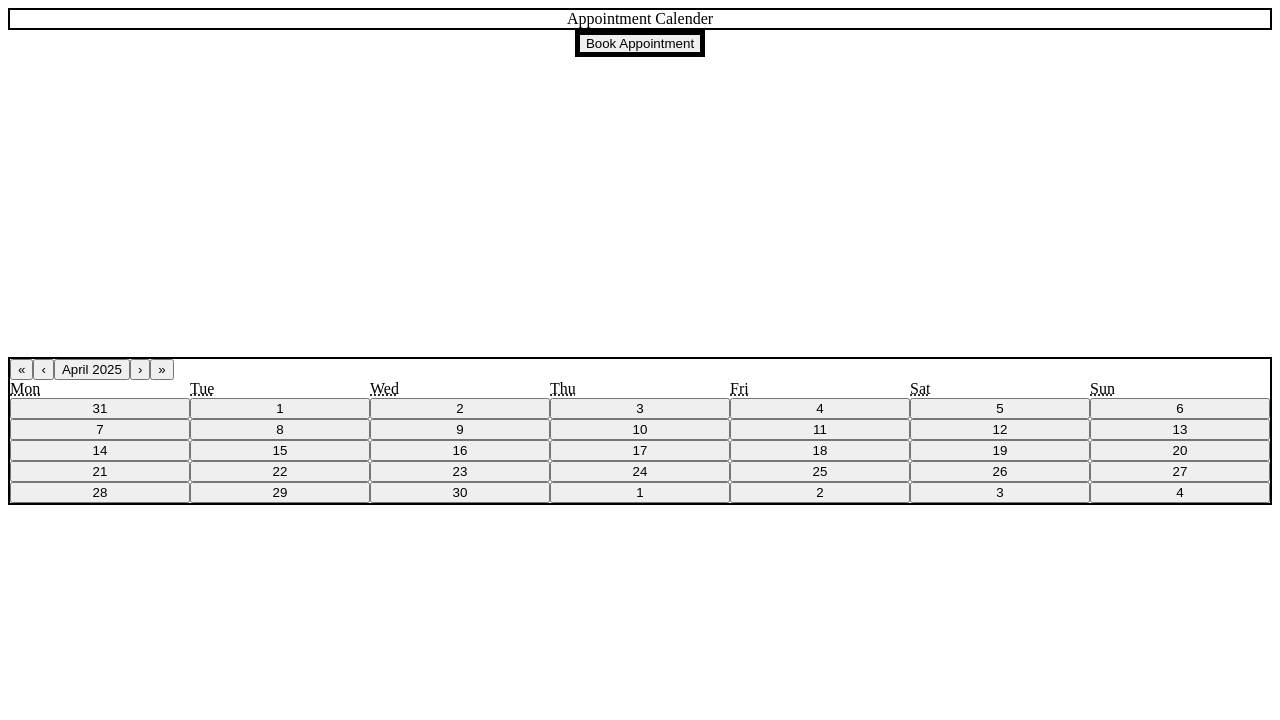
Repository: KennethEskandari/Appointment-Calender-
Page: / (app in Appointment-Calender/)
These files come from the project's save history. The page is drawn as it stood at one moment and after the next save; the edit follows.
The browser window is 1280 px wide. The pictures show the whole page.
The project was rebuilt for these pictures with package versions that can differ from the ones it lists, and the page was loaded fresh each time. Also part of the build but not shown: Appointment-Calender/vite.config.js.

Above is the page before, as saved 2025-04-15 19:42:11.

### Appointment-Calender/src/App.jsx
import { useState } from 'react'
import Calendar from 'react-calendar'

function App() {
  const [date, setDate] = useState(new Date())

  return (
    <div>
      <header className="h-16 border-2 text-center text-2xl bg-purple-400">Appointment Calender</header>
      <button className="text-2xl mx-auto block border-5 mt-8 bg-purple-400 rounded-lg px-4 py-1">Book Appointment</button>

      <div className="" style={{ height: '300px', width: '300px' }}></div>
      <Calendar onChange={setDate} value={date} className="mx-auto mt-8 border-2 rounded-lg" />
    </div>

  )
}

export default App

Loaded but not shown: Appointment-Calender/index.html (common file); Appointment-Calender/src/main.jsx (common file); Appointment-Calender/src/index.css (common file)

After the next save:
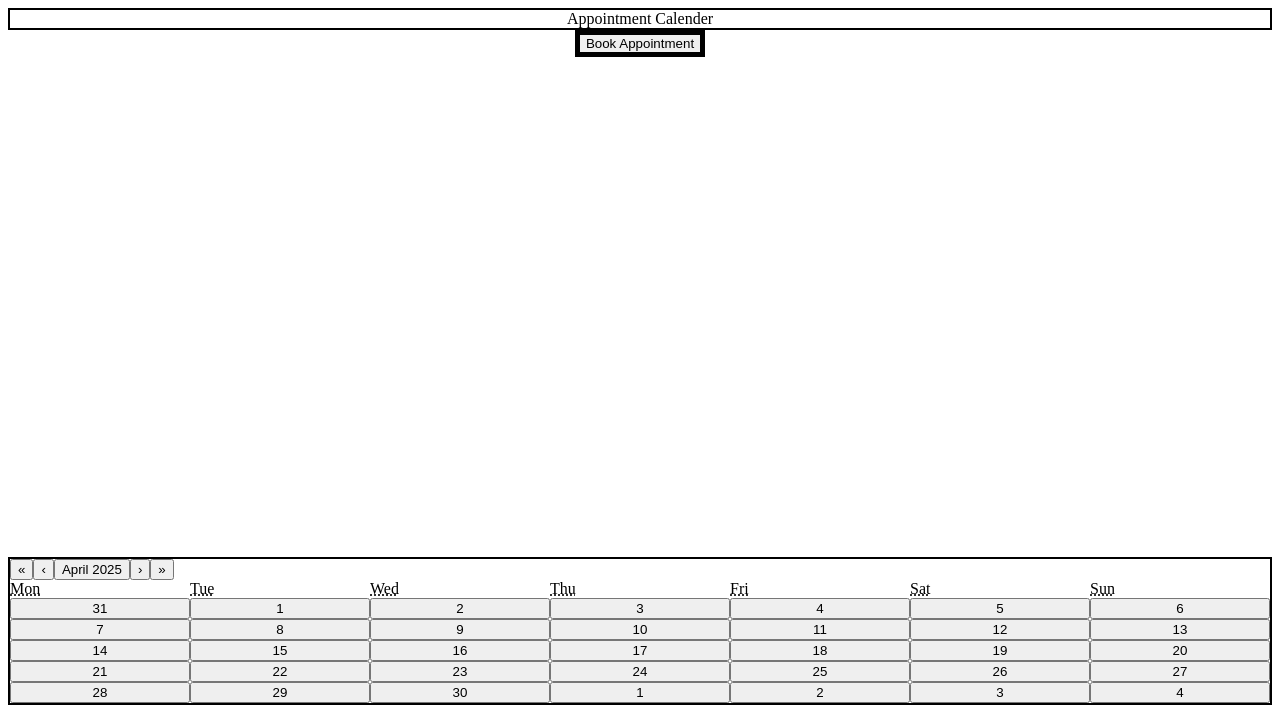
Saved 6 s later.
--- a/Appointment-Calender/src/App.jsx
+++ b/Appointment-Calender/src/App.jsx
@@ -9,7 +9,7 @@ function App() {
       <header className="h-16 border-2 text-center text-2xl bg-purple-400">Appointment Calender</header>
       <button className="text-2xl mx-auto block border-5 mt-8 bg-purple-400 rounded-lg px-4 py-1">Book Appointment</button>
 
-      <div className="" style={{ height: '300px', width: '300px' }}></div>
+      <div className="" style={{ height: '500px', width: '300px' }}></div>
       <Calendar onChange={setDate} value={date} className="mx-auto mt-8 border-2 rounded-lg" />
     </div>
 
